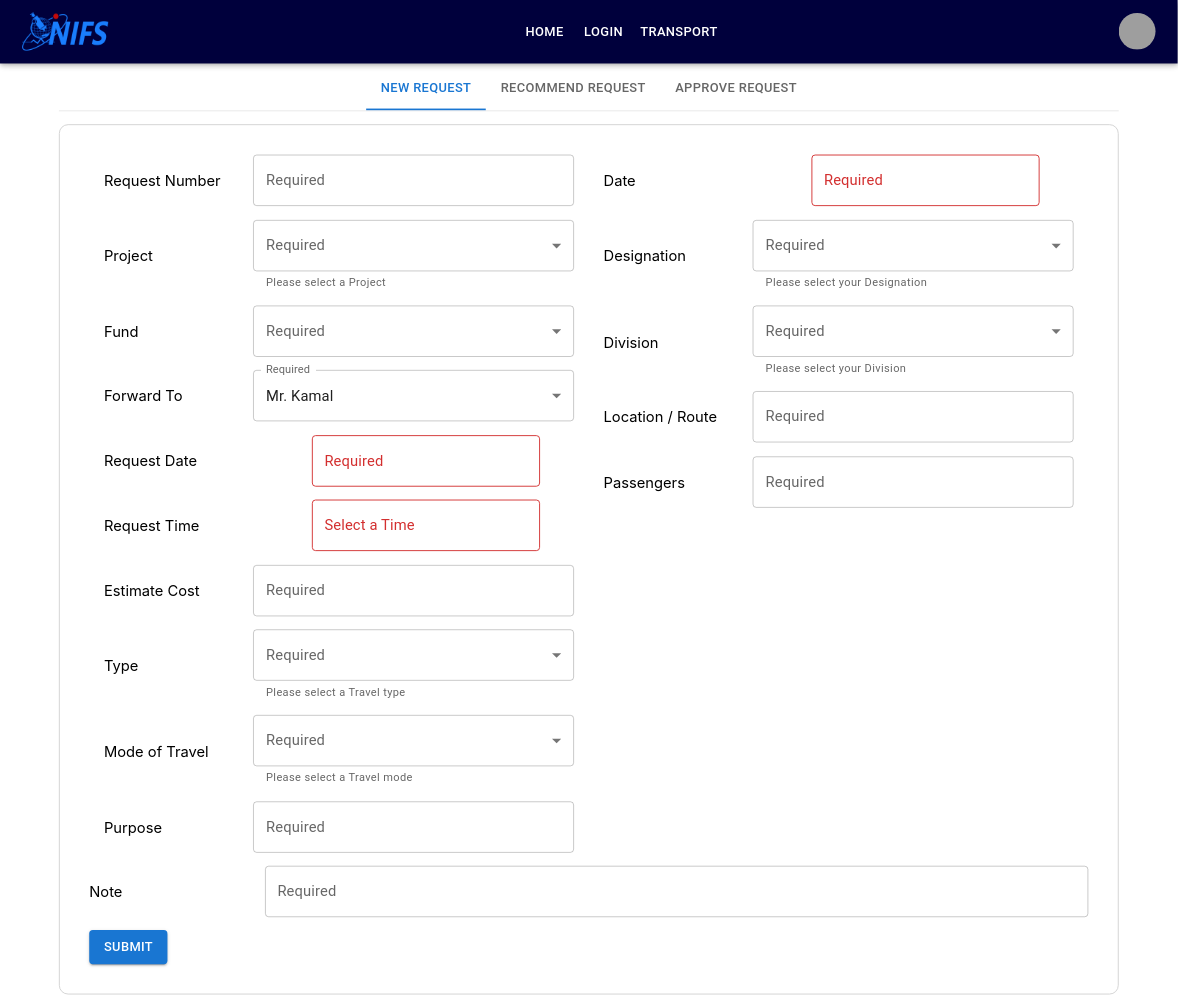
Repository: Ravindu97/NIFS_WebApplication
Page: /transport (app in client/)
The author's editor kept a copy of each file at every save. The page is drawn from the files as they stood at one save, then again after the next save.
The browser window is 1280 px wide. The pictures show the whole page, at 92% of full size.
Pictures or frames that could not be fetched are drawn as grey boxes. The project was rebuilt for these pictures with package versions that can differ from the ones it lists, and the page was loaded fresh each time. Also part of the build but not shown: client/src/pages/Home.js, client/src/pages/Login.js, client/src/components/Transport/RecommendedRequest.js, client/src/components/Transport/ApproveRequest.js.

Above is the page before, as saved 2022-07-01 13:45:34.

### client/src/index.css
body {
  margin: 0;
  font-family: -apple-system, BlinkMacSystemFont, 'Segoe UI', 'Roboto', 'Oxygen',
    'Ubuntu', 'Cantarell', 'Fira Sans', 'Droid Sans', 'Helvetica Neue',
    sans-serif;
  -webkit-font-smoothing: antialiased;
  -moz-osx-font-smoothing: grayscale;
}

:root{
  --main-navbar-back: #00003c;

}


.nav-logo{
  width: 100px;
  height: auto;
}

/* main navbar */
.main-navbar{
  background-color: var(--main-navbar-back) !important;
}

/* secondary navbar */
.secondary-navbar{
  margin-top: 10vh !important;
  margin: auto;
}

/* body content */
.body-content{
  margin: auto;
  width: 90%;
  margin-top: 2vh;
}

/* -------------------css for form starts here */
/* form section means outsice the <form> tag */

.form-section{
  border: 1px solid #d2d2d2;
  border-radius: 10px;
  padding: 2rem;
  margin-bottom: 2vh;
}

/* input fields */
.input-fields{
  display: flex;
  align-items: center;
  margin-bottom: 2vh;
}

.input-fields label{
  margin-right: 2vw;
  width: 200px;
}

.form-left,.form-right{

  margin-left: 1em;
  margin-right: 1em;
}

/* -----------------css for form ends here */

### client/src/App.js
import * as React from 'react';
import { BrowserRouter as Router, Route, Routes } from 'react-router-dom';
import Navbar from './components/shared/Navbar';
import Home from './pages/Home';
import Login from './pages/Login';
import TransportMainPage from './pages/TransportMainPage';

function App() {
	return (
		<div>
			<Router>
				<Navbar />
				<Routes>
					<Route exact path="/" element={<Home />} />
					<Route exact path="/login" element={<Login />} />
					<Route exact path="/transport/*" element={<TransportMainPage />} />
				</Routes>
			</Router>
		</div>
	);
}

export default App;

### client/src/components/shared/Navbar.js
import * as React from 'react';
import AppBar from '@mui/material/AppBar';
import Box from '@mui/material/Box';
import Toolbar from '@mui/material/Toolbar';
import IconButton from '@mui/material/IconButton';
import Typography from '@mui/material/Typography';
import Menu from '@mui/material/Menu';
import MenuIcon from '@mui/icons-material/Menu';
import Container from '@mui/material/Container';
import Avatar from '@mui/material/Avatar';
import Button from '@mui/material/Button';
import Tooltip from '@mui/material/Tooltip';
import MenuItem from '@mui/material/MenuItem';
import { Link } from 'react-router-dom';
import Logo from '../../images/nifs_logo.png';

const Navbar = () => {
	const pages = [
		{
			id: 0,
			title: 'Home',
			link: '/',
		},
		{
			id: 1,
			title: 'Login',
			link: '/login',
		},
		{
			id: 2,
			title: 'Transport',
			link: '/transport',
		},
	];

	const settings = [
		{
			id: 0,
			title: 'Home',
			link: '/',
		},
		{
			id: 1,
			title: 'Login',
			link: '/login',
		},
		{
			id: 2,
			title: 'Transport',
			link: '/transport',
		},
	];

	const [anchorElNav, setAnchorElNav] = React.useState(null);
	const [anchorElUser, setAnchorElUser] = React.useState(null);

	const handleOpenNavMenu = (event) => {
		setAnchorElNav(event.currentTarget);
	};
	const handleOpenUserMenu = (event) => {
		setAnchorElUser(event.currentTarget);
	};

	const handleCloseNavMenu = () => {
		setAnchorElNav(null);
	};

	const handleCloseUserMenu = () => {
		setAnchorElUser(null);
	};

	return (
		<AppBar position="fixed" className="main-navbar">
			<Container maxWidth="xl">
				<Toolbar disableGutters>
					{/*Responsive view start here  */}
					<Box sx={{ display: { xs: 'none', md: 'flex' }, mr: 1 }}>
						<img src={Logo} alt="logo" className="nav-logo" />
					</Box>

					<Box sx={{ flexGrow: 1, display: { xs: 'flex', md: 'none' } }}>
						<IconButton
							size="large"
							aria-label="account of current user"
							aria-controls="menu-appbar"
							aria-haspopup="true"
							onClick={handleOpenNavMenu}
							color="inherit"
						>
							<MenuIcon />
						</IconButton>
						<Menu
							id="menu-appbar"
							anchorEl={anchorElNav}
							anchorOrigin={{
								vertical: 'bottom',
								horizontal: 'left',
							}}
							keepMounted
							transformOrigin={{
								vertical: 'top',
								horizontal: 'left',
							}}
							open={Boolean(anchorElNav)}
							onClose={handleCloseNavMenu}
							sx={{
								display: { xs: 'block', md: 'none' },
							}}
						>
							{pages &&
								pages.map((page) => (
									<MenuItem key={page.id} onClick={handleCloseNavMenu}>
										<Link to={page.link} style={{ textDecoration: 'none' }}>
											<Typography textAlign="center">{page.title}</Typography>
										</Link>
									</MenuItem>
								))}
						</Menu>
					</Box>
					{/* Responsive view ends here */}

					{/* Full width starts here */}
					<Box
						sx={{
							mr: 2,
							display: { xs: 'flex', md: 'none' },
							flexGrow: 1,
						}}
					>
						<img src={Logo} alt="logo" className="nav-logo" />
					</Box>

					<Box
						sx={{ flexGrow: 1, display: { xs: 'none', md: 'flex' } }}
						style={{ justifyContent: 'center' }}
					>
						{pages &&
							pages.map((page) => (
								<Link to={page.link} style={{ textDecoration: 'none' }}>
									<Button
										key={page.id}
										onClick={handleCloseNavMenu}
										sx={{ my: 2, color: 'white', display: 'block' }}
									>
										{page.title}
									</Button>
								</Link>
							))}
					</Box>

					{/* end of the navbar */}
					<Box sx={{ flexGrow: 0 }}>
						<Tooltip title="Open settings">
							<IconButton onClick={handleOpenUserMenu} sx={{ p: 0 }}>
								<Avatar
									alt="Remy Sharp"
									src="https://images.unsplash.com/photo-1566753323558-f4e0952af115?ixlib=rb-1.2.1&ixid=MnwxMjA3fDB8MHxzZWFyY2h8MXx8bWFsZXxlbnwwfHwwfHw%3D&w=1000&q=80"
								/>
							</IconButton>
						</Tooltip>
						<Menu
							sx={{ mt: '45px' }}
							id="menu-appbar"
							anchorEl={anchorElUser}
							anchorOrigin={{
								vertical: 'top',
								horizontal: 'right',
							}}
							keepMounted
							transformOrigin={{
								vertical: 'top',
								horizontal: 'right',
							}}
							open={Boolean(anchorElUser)}
							onClose={handleCloseUserMenu}
						>
							{settings.map((setting) => (
								<MenuItem key={setting.id} onClick={handleCloseUserMenu}>
									<Typography textAlign="center">{setting.title}</Typography>
								</MenuItem>
							))}
						</Menu>
					</Box>
				</Toolbar>
			</Container>
		</AppBar>
	);
};
export default Navbar;

### client/src/pages/TransportMainPage.js
import React from 'react';

import TransportNavbar from '../components/Transport/shared/TransportNavbar';
import { Route, Routes } from 'react-router-dom';
import NewRequest from '../components/Transport/NewRequest';
import RecommendedRequest from '../components/Transport/RecommendedRequest';
import ApproveRequest from '../components/Transport/ApproveRequest';

// transport main page where all other section of transport department can be access from here
function TransportMainPage() {
	return (
		<div>
			<TransportNavbar />
			<div className="body-content">
				<Routes>
					<Route exact path="/" element={<NewRequest />} />
					<Route exact path="/recommend" element={<RecommendedRequest />} />
					<Route exact path="/approve" element={<ApproveRequest />} />
				</Routes>
			</div>
		</div>
	);
}

export default TransportMainPage;

### client/src/components/Transport/shared/TransportNavbar.js
import * as React from 'react';
import Tabs from '@mui/material/Tabs';
import Tab from '@mui/material/Tab';
import Box from '@mui/material/Box';
import { Link, useLocation } from 'react-router-dom';

export default function TransportNavbar() {
	const location = useLocation();

	const pages = [
		{
			id: 0,
			title: 'New Request',
			link: '/transport',
		},
		{
			id: 1,
			title: 'Recommend Request',
			link: '/transport/recommend',
		},
		{
			id: 2,
			title: 'Approve Request',
			link: '/transport/approve',
		},
	];

	return (
		<Box sx={{ width: '90%' }} className="secondary-navbar">
			<Box sx={{ borderBottom: 1, borderColor: 'divider' }}>
				<Tabs value={location.pathname} centered>
					{pages &&
						pages.map((page) => (
							<Tab
								key={page.id}
								label={page.title}
								value={page.link}
								component={Link}
								to={page.link}
							/>
						))}
				</Tabs>
			</Box>
		</Box>
	);
}

### client/src/components/Transport/NewRequest.js
import { Button, TextField } from '@mui/material';
import React, { useState } from 'react';
import { useForm } from 'react-hook-form';
import Box from '@mui/material/Box';
// import datepicker
import { AdapterDateFns } from '@mui/x-date-pickers/AdapterDateFns';
import { LocalizationProvider } from '@mui/x-date-pickers/LocalizationProvider';
import { DatePicker } from '@mui/x-date-pickers/DatePicker';
import { TimePicker } from '@mui/x-date-pickers/TimePicker';
// sample data files start here
import Projects from './shared/sampleData/Project.json';
import Funds from './shared/sampleData/Fund.json';
import ForwardedTo from './shared/sampleData/ForwardedTo.json';
import Divisions from './shared/sampleData/Division.json';
import Designations from './shared/sampleData/Designation.json';

// sample data files ends here

function NewRequest() {
	// date set to be stored

	const [projectSet, setProjects] = useState(Projects);
	const [fundSet, setFunds] = useState(Funds);
	const [forwardedToSet, setForwardedTos] = useState(ForwardedTo);
	const [divisionSet, setDivisions] = useState(Divisions);
	const [designationSet, setDesignations] = useState(Designations);
	const [reqDate, setReqDate] = React.useState(new Date());
	const [reqTime, setReqTime] = React.useState(null);
	const [today, setToday] = React.useState(new Date());

	const [formDetils, setFromDetails] = useState({
		reqNo: '',
		project: '',
		fund: '',
		forwardTo: '',
		requestDate: '',
		time: '',
		estimateCost: '',
		travelType: '',
		travelMode: '',
		purpose: '',
		note: '',
		employee: '',
		designation: '',
		date: '',
		division: '',
		HOD: '',
		route: '',
		passengers: '',
	});

	const {
		reqNo,
		project,
		fund,
		forwardTo,
		requestDate,
		time,
		estimateCost,
		travelType,
		travelMode,
		purpose,
		note,
		employee,
		designation,
		date,
		division,
		HOD,
		route,
		passengers,
	} = formDetils;

	const onChange = (e) => {
		setFromDetails((prevState) => ({
			...prevState,
			[e.target.name]: e.target.value,
		}));
	};

	const submitDetails = (data) => {
		const newRequest = {
			reqNo,
			project,
			fund,
			forwardTo,
			requestDate,
			time,
			estimateCost,
			travelType,
			travelMode,
			purpose,
			note,
			employee,
			designation,
			date,
			division,
			HOD,
			route,
			passengers,
		};
		console.log(newRequest);
	};

	return (
		<div className="form-section">
			<form onSubmit={submitDetails}>
				<Box
					sx={{
						display: { xs: 'block', md: 'flex' },
						justifyContent: 'center',
					}}
				>
					{/* left section of the form */}
					<Box
						className="form-left"
						sx={{
							width: { xs: '90%', md: '50%' },
						}}
					>
						{/* Request number */}
						<Box className="input-fields">
							<label>Request Number</label>
							<TextField
								fullWidth
								type="text"
								name="reqNo"
								onChange={onChange}
								value={reqNo}
								id="outlined-basic"
								label="Required"
								variant="outlined"
							/>
						</Box>

						{/* Select project */}

						<Box className="input-fields">
							<label>Project</label>
							<TextField
								fullWidth
								id="outlined-select-project-native"
								select
								label="Required"
								name="project"
								onChange={onChange}
								value={project}
								SelectProps={{
									native: true,
								}}
								helperText="Please select a Project"
							>
								<option value="" selected disabled></option>
								{projectSet.map((option) => (
									<option key={option.id} value={option.value}>
										{option.value}
									</option>
								))}
							</TextField>
						</Box>

						{/* Select Fund */}

						<Box className="input-fields">
							<label>Fund</label>
							<TextField
								fullWidth
								id="outlined-select-fund-native"
								select
								label="Required"
								name="fund"
								onChange={onChange}
								value={fund}
								SelectProps={{
									native: true,
								}}
							>
								<option value="" selected disabled></option>
								{fundSet.map((option) => (
									<option key={option.id} value={option.value}>
										{option.value}
									</option>
								))}
							</TextField>
						</Box>

						{/* Select Forward */}

						<Box className="input-fields">
							<label>Forward To</label>
							<TextField
								fullWidth
								id="outlined-select-forward-native"
								select
								label="Required"
								name="forwardTo"
								onChange={onChange}
								value={ForwardedTo}
								SelectProps={{
									native: true,
								}}
							>
								<option value="" selected disabled></option>
								{forwardedToSet.map((option) => (
									<option key={option.id} value={option.value}>
										{option.value}
									</option>
								))}
							</TextField>
						</Box>

						{/*request date*/}

						<Box className="input-fields">
							<LocalizationProvider dateAdapter={AdapterDateFns}>
								<label>Request Date</label>
								<DatePicker
									fullWidth
									label="Required"
									value={requestDate}
									onChange={onChange}
									name="requestDate"
									renderInput={(params) => <TextField {...params} />}
								/>
							</LocalizationProvider>
						</Box>

						{/* Time picker */}

						<Box className="input-fields">
							<LocalizationProvider dateAdapter={AdapterDateFns}>
								<label>Request Time</label>
								<TimePicker
									label="Select a Time"
									onChange={onChange}
									name="time"
									value={time}
									renderInput={(params) => <TextField {...params} />}
								/>
							</LocalizationProvider>
						</Box>

						{/* cost */}

						<Box className="input-fields">
							<label>Estimate Cost</label>
							<TextField
								fullWidth
								type="text"
								name="estimateCost"
								id="outlined-basic"
								label="Required"
								variant="outlined"
								onChange={onChange}
								value={estimateCost}
							/>
						</Box>

						{/* travel type */}

						<Box className="input-fields">
							<label>Type</label>
							<TextField
								fullWidth
								id="outlined-select-forward-native"
								select
								label="Required"
								name="travelType"
								onChange={onChange}
								value={travelType}
								SelectProps={{
									native: true,
								}}
								helperText="Please select a Travel type"
							>
								<option value="" selected disabled></option>
								<option value="private">Private</option>
								<option value="official">Official</option>
							</TextField>
						</Box>

						{/* Travel mode */}

						<Box className="input-fields">
							<label>Mode of Travel</label>
							<TextField
								fullWidth
								id="outlined-select-forward-native"
								select
								label="Required"
								name="travelMode"
								onChange={onChange}
								value={travelMode}
								SelectProps={{
									native: true,
								}}
								helperText="Please select a Travel mode"
							>
								<option value="" selected disabled></option>
								<option value="car">Car</option>
								<option value="van">Van</option>
								<option value="cab">Cab</option>
							</TextField>
						</Box>

						{/* purpose */}

						<Box className="input-fields">
							<label>Purpose</label>
							<TextField
								fullWidth
								id="outlined-textarea"
								label="Required"
								name="purpose"
								onChange={onChange}
								value={purpose}
								SelectProps={{
									native: true,
								}}
								multiline
							/>
						</Box>
					</Box>

					{/* right section of the form */}

					<Box
						className="form-right"
						sx={{
							width: { xs: '90%', md: '50%' },
						}}
					>
						{/*request today date*/}

						<Box className="input-fields">
							<LocalizationProvider dateAdapter={AdapterDateFns}>
								<label>Date</label>
								<DatePicker
									fullWidth
									label="Required"
									name="date"
									onChange={onChange}
									value={date}
									renderInput={(params) => <TextField {...params} />}
								/>
							</LocalizationProvider>
						</Box>

						{/* designations */}

						<Box className="input-fields">
							<label>Designation</label>
							<TextField
								fullWidth
								id="outlined-select-forward-native"
								select
								label="Required"
								name="designation"
								onChange={onChange}
								value={designation}
								SelectProps={{
									native: true,
								}}
								helperText="Please select your Designation"
							>
								<option value="" selected disabled></option>
								{designationSet.map((option) => (
									<option key={option.id} value={option.value}>
										{option.value}
									</option>
								))}
							</TextField>
						</Box>

						{/* division */}

						<Box className="input-fields">
							<label>Division</label>
							<TextField
								fullWidth
								id="outlined-select-forward-native"
								select
								label="Required"
								name="division"
								onChange={onChange}
								value={division}
								SelectProps={{
									native: true,
								}}
								helperText="Please select your Division"
							>
								<option value="" selected disabled></option>
								{divisionSet.map((option) => (
									<option key={option.id} value={option.value}>
										{option.value}
									</option>
								))}
							</TextField>
						</Box>

						{/* HOD */}

						{/* Location / route */}

						<Box className="input-fields">
							<label>Location / Route</label>
							<TextField
								fullWidth
								type="text"
								name="route"
								id="outlined-basic"
								label="Required"
								variant="outlined"
								onChange={onChange}
								value={route}
							/>
						</Box>

						{/* Location / route */}

						<Box className="input-fields">
							<label>Passengers</label>
							<TextField
								fullWidth
								type="text"
								name="passengers"
								id="outlined-basic"
								label="Required"
								variant="outlined"
								onChange={onChange}
								value={passengers}
							/>
						</Box>
					</Box>
				</Box>

				{/* Note */}

				<Box className="input-fields">
					<label>Note</label>
					<TextField
						fullWidth
						id="outlined-textarea"
						label="Required"
						name="note"
						onChange={onChange}
						value={note}
						SelectProps={{
							native: true,
						}}
						multiline
					/>
				</Box>

				{/* submit button */}

				<Box>
					<Button type="submit" variant="contained">
						Submit
					</Button>

					{/* reset the form */}
				</Box>
			</form>
		</div>
	);
}

export default NewRequest;

### client/src/components/Transport/shared/sampleData/Project.json
[
    {
        "id": 0,
        "value": "Kandy tunnel"
    },
    {
        "id": 1,
        "value": "Moragahakanda project"
    },
    {
        "id": 2,
        "value": "Gin nilwala project"
    },
    {
        "id": 3,
        "value": "Samanala wewa projecct"
    },
    {
        "id": 4,
        "value": "Data visualization"
    }
]

### client/src/components/Transport/shared/sampleData/Fund.json
[
    {
        "id": 0,
        "value": "Stock market"
    },
    {
        "id": 1,
        "value": "BOC bank"
    },
    {
        "id": 2,
        "value": "Savings"
    },
    {
        "id": 3,
        "value": "Ticketing"
    },
    {
        "id": 4,
        "value": "Car wash"
    }
]

### client/src/components/Transport/shared/sampleData/ForwardedTo.json
[
    {
        "id": 0,
        "value": "Mr. Kamal"
    },
    {
        "id": 1,
        "value": "Mr. Sunil"
    },
    {
        "id": 2,
        "value": "Mr. Kusal"
    },
    {
        "id": 3,
        "value": "Mrs. Nayana"
    },
    {
        "id": 4,
        "value": "Miss Rashmi"
    }
]

### client/src/components/Transport/shared/sampleData/Division.json
[
    {
        "id": 0,
        "value": "Transport"
    },
    {
        "id": 1,
        "value": "Financial"
    },
    {
        "id": 2,
        "value": "Computer"
    },
    {
        "id": 3,
        "value": "Admin"
    },
    {
        "id": 4,
        "value": "Director"
    }
]

### client/src/components/Transport/shared/sampleData/Designation.json
[
    {
        "id": 0,
        "value": "Designation 1"
    },
    {
        "id": 1,
        "value": "Designation 2"
    },
    {
        "id": 2,
        "value": "Designation 3"
    },
    {
        "id": 3,
        "value": "Designation 4"
    },
    {
        "id": 4,
        "value": "Designation 5"
    }
]

Loaded but not shown: client/src/index.js (common file); client/src/reportWebVitals.js (common file)

After the next save:
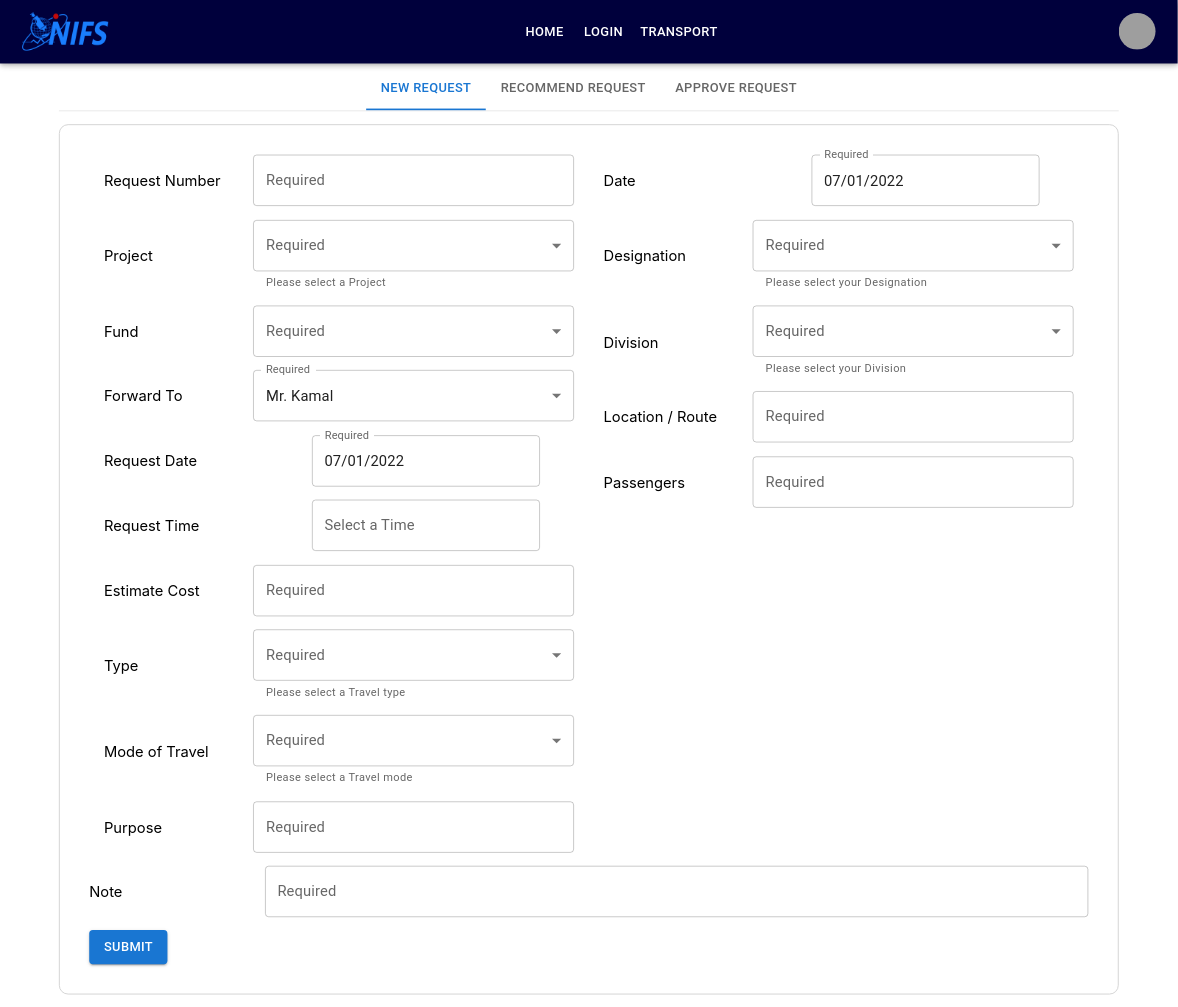
Saved 46 s later.
--- a/client/src/components/Transport/NewRequest.js
+++ b/client/src/components/Transport/NewRequest.js
@@ -216,7 +216,7 @@ function NewRequest() {
 								<DatePicker
 									fullWidth
 									label="Required"
-									value={requestDate}
+									value={reqDate}
 									onChange={onChange}
 									name="requestDate"
 									renderInput={(params) => <TextField {...params} />}
@@ -233,7 +233,7 @@ function NewRequest() {
 									label="Select a Time"
 									onChange={onChange}
 									name="time"
-									value={time}
+									value={reqTime}
 									renderInput={(params) => <TextField {...params} />}
 								/>
 							</LocalizationProvider>
@@ -339,7 +339,7 @@ function NewRequest() {
 									label="Required"
 									name="date"
 									onChange={onChange}
-									value={date}
+									value={today}
 									renderInput={(params) => <TextField {...params} />}
 								/>
 							</LocalizationProvider>
